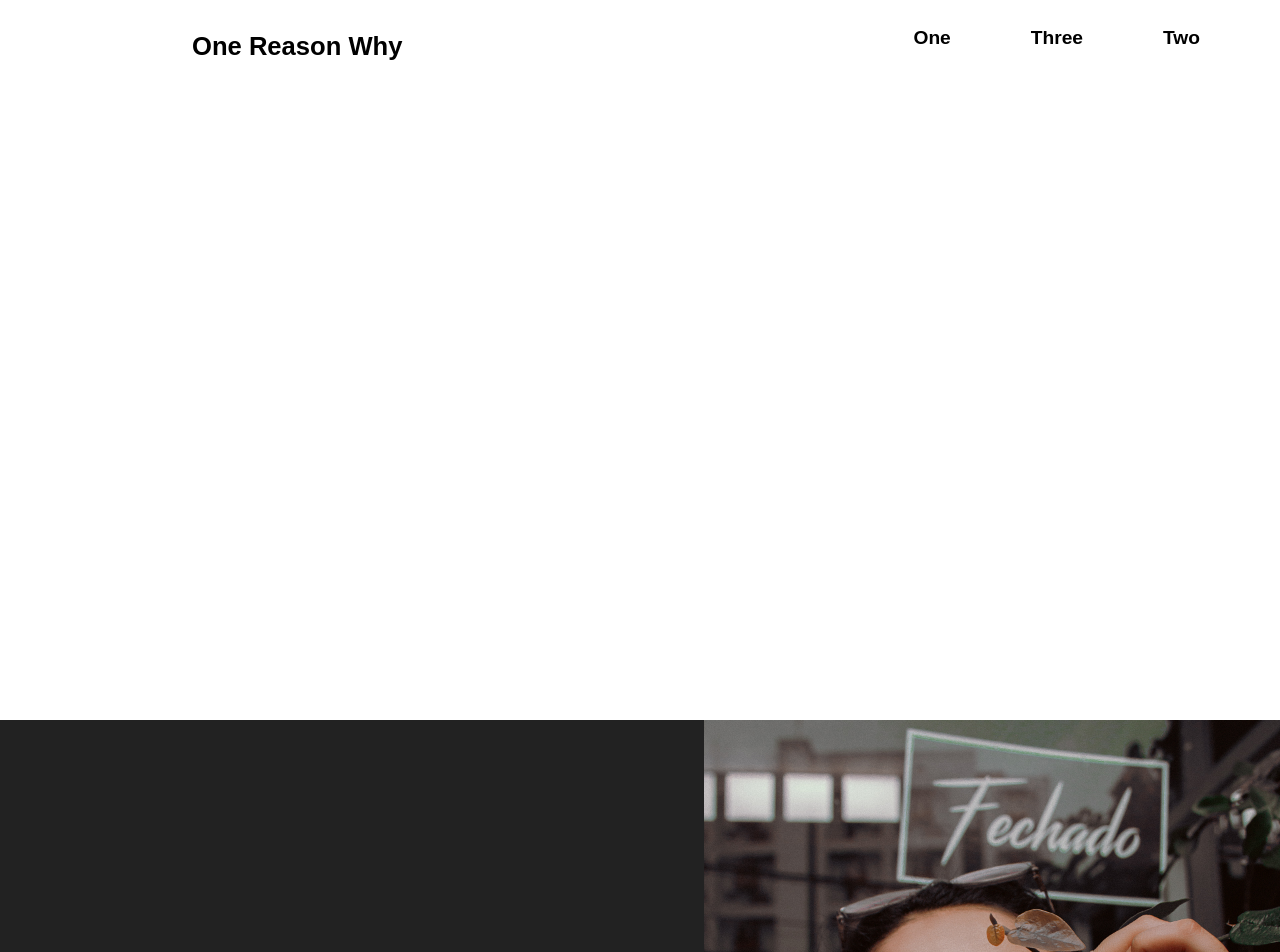
Repository: Imprasna/scrollmagic
Page: index.html
The author's editor kept a copy of each file at every save. The page is drawn from the files as they stood at one save, then again after the next save.
The browser window is 1280 px wide. The pictures show the part of the page from y = 0 to 952 px (the page is 2200 px tall).
A picture or video elsewhere on the page could not be fetched, so the positions and the page height are approximate. Some web fonts or font styles are not loaded; a fallback is used. Some web libraries are served in a nearby version.

Above is the page before, as saved 2021-11-14 12:51:52.

### index.html
<!DOCTYPE html>
<html lang="en">
<head>
    <meta charset="UTF-8">
    <meta http-equiv="X-UA-Compatible" content="IE=edge">
    <meta name="viewport" content="width=device-width, initial-scale=1.0">
    <link rel="stylesheet" href="style.css">
    <title>Gsap Animation</title>
</head>
<body>
    <section class="home">
        <nav>
            <h1 class="sliding-text">I am the best <br>you dumb ass</br></h1>
            <ul>
                <li><a href="#">One</a></li>
                <li><a href="#">Three</a></li>
                <li><a href="#">Two</a></li>
            </ul>
        </nav>
        <h1 class="logo">One Reason Why</h1>
    </section>

    <section class="first-page">
        <div class="intro">
            <h2>Introduction</h2>
            <p>Lorem ipsum dolor sit amet consectetur adipisicing elit. Recusandae tenetur,
                atque voluptate aut voluptates dolorum consequuntur excepturi dolorem suscipit similique.
            </p>
        </div>
        <img src="./images/1.jpg" alt="">
    </section>

    <section class="second-page">
        <img src="./images/2.jpg" alt="">
        <div class="intro">
            <h2>About</h2>
            <p>Lorem ipsum dolor sit amet consectetur adipisicing elit. Recusandae tenetur,
                atque voluptate aut voluptates dolorum consequuntur excepturi dolorem suscipit similique.
            </p>
        </div>
    </section>


    <script src="https://cdnjs.cloudflare.com/ajax/libs/gsap/3.8.0/gsap.min.js"></script>
    <script src="https://cdnjs.cloudflare.com/ajax/libs/gsap/3.8.0/ScrollTrigger.min.js" referrerpolicy="no-referrer"></script>
    <script src="app.js"></script>
</body>
</html>

### style.css
@import url('https://fonts.googleapis.com/css2?family=Zen+Kurenaido&display=swap');


* {
    margin: 0;
    padding: 0;
    box-sizing: border-box;
}

html, body {
    font-family: 'Zen Kurenaido', sans-serif;
}

nav {
    display: flex;
    justify-content: space-between;
    padding: 1rem 5rem;
    background-color: #fff;
}

h1 {
    font-size: 1.2rem;
    font-weight: 600;
}

h2 {
    font-size: 5rem;
}

ul {
    display: flex;
    list-style: none;
    align-items: center;
}

a {
    text-decoration: none;
    font-size: 1.2rem;
    color: #000;
    margin-left: 5rem;
    font-weight: 600;
}

.logo {
    position: absolute;
    left: 50%;
    top: 50%;
    font-size: 1.6rem;
    transform: translate(-50%, -50%) scale(6);
}

.home {
    height: 100vh;
}

.first-page {
    height: 100vh;
    background: #222;
    color: #fff;
    display: flex;
    justify-content: center;
    align-items: center;
}

.first-page img {
    object-fit: cover;
    height: 100%;
    width: 600px;
}

.first-page, .second-page p {
    font-size: 2rem;
}


.second-page {
    height: 100vh;
    background: #222;
    color: #fff;
    display: flex;
    justify-content: center;
    align-items: center;
    text-align: right;
}

.second-page img {
    height: 800px;
    width: 600px;
    object-fit: cover;
}

### app.js
let tl = gsap.timeline({
    ScrollTrigger: {
        trigger: ".home",
        start: "0%",
        // end: "100%",
        scrub: 1,
    },
});

let tl2 = gsap.timeline({
    ScrollTrigger: {
        trigger: ".home",
        start: "0%",
        // end: "100%",
        scrub: 1,
        pin: true
    },
});

let tl3 = gsap.timeline({
    ScrollTrigger: {
        trigger: ".home",
        start: "0%",
        // end: "100%",
        scrub: 1,
        pin: true,
    },
});

tl.fromTo(".sliding-text", { y:0 }, { y:-80 });
tl2.fromTo(".logo", {scale: 6}, {scale: 1, top: "2rem", left: "12rem", x: "50%", y: "50%"});

After the next save:
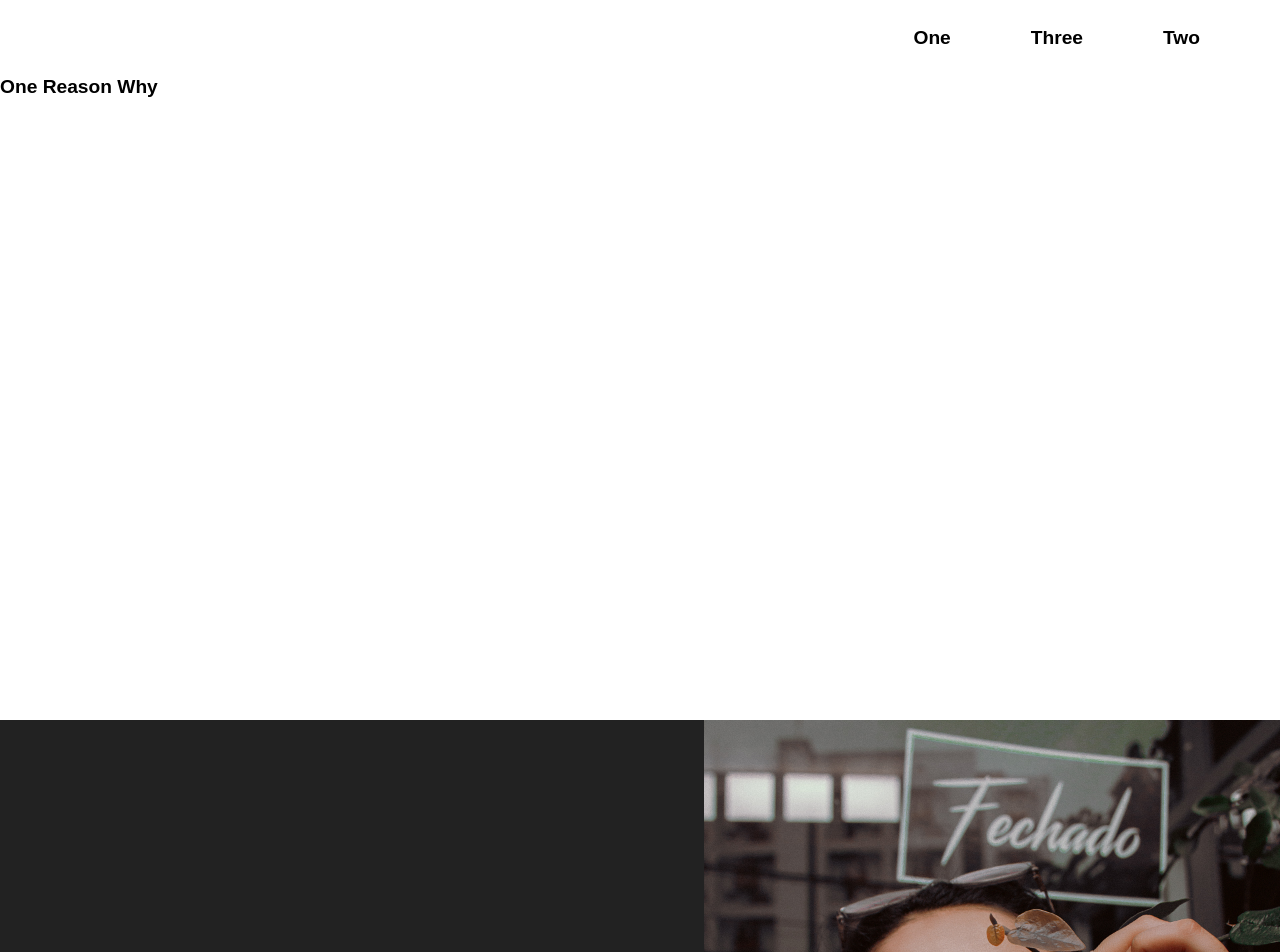
Saved 14 s later.
--- a/index.html
+++ b/index.html
@@ -17,7 +17,7 @@
                 <li><a href="#">Two</a></li>
             </ul>
         </nav>
-        <h1 class="logo">One Reason Why</h1>
+        <h1>One Reason Why</h1>
     </section>
 
     <section class="first-page">

After the save that followed:
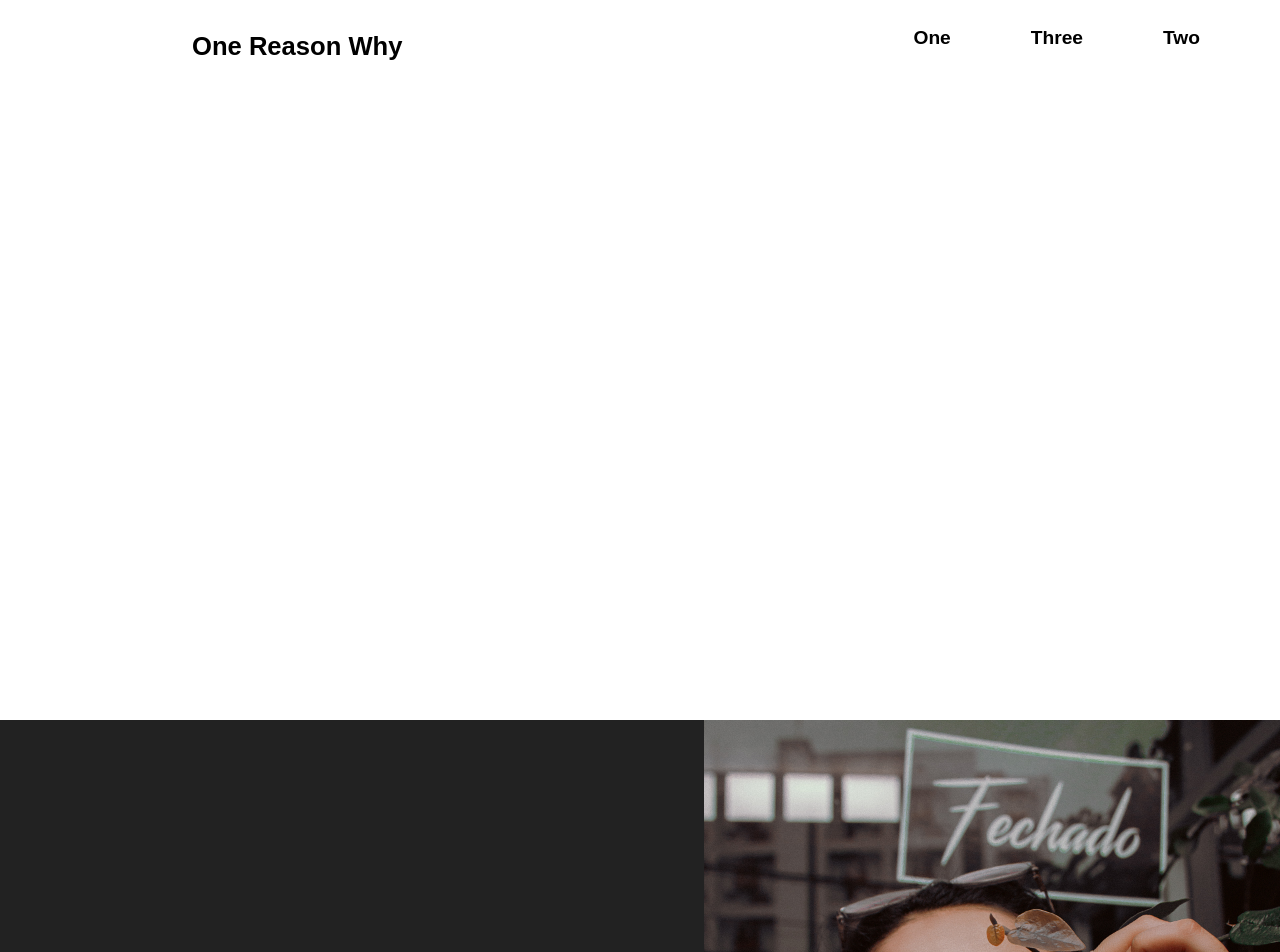
Saved 4 s later.
--- a/index.html
+++ b/index.html
@@ -17,7 +17,7 @@
                 <li><a href="#">Two</a></li>
             </ul>
         </nav>
-        <h1>One Reason Why</h1>
+        <h1 class="logo">One Reason Why</h1>
     </section>
 
     <section class="first-page">
